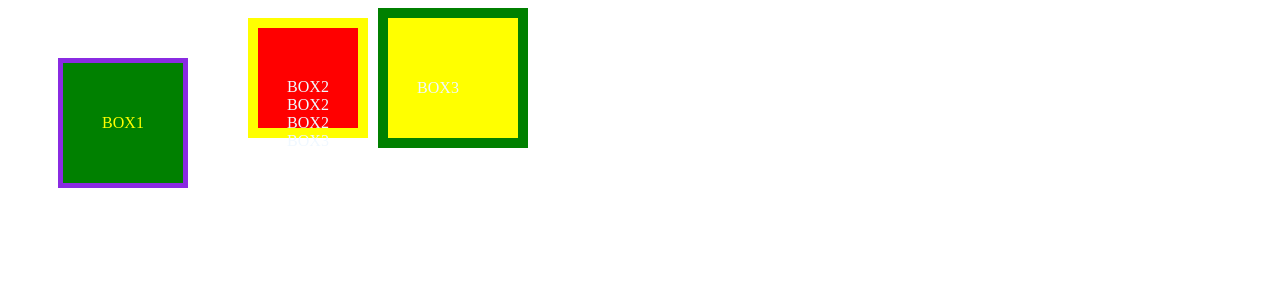
Repository: Ducspdn/WeTheBandF8
Page: html_learn_f8/padding.html
An editor plug-in stored every save of this project. The page is shown before and after the next save, followed by the edit.
The browser window is 1280 px wide. The pictures show the whole page.

Above is the page before, as saved 2023-01-12 20:52:40.

After the next save:
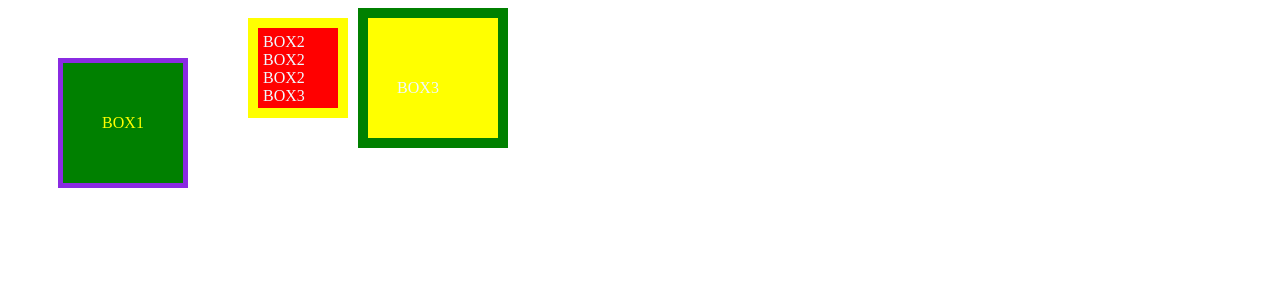
Saved 15 s later.
--- a/html_learn_f8/padding.html
+++ b/html_learn_f8/padding.html
@@ -30,7 +30,7 @@
                 border : 10px ;
                 border-style: solid;
                 border-color: yellow;
-                padding : 50px ;
+                padding : 5px ;
                 /* css margin : không làm tăng kich thước của element và nó dùng di chuyển element đến vị trí khác */
                 margin : 10px;
                 float: left;
